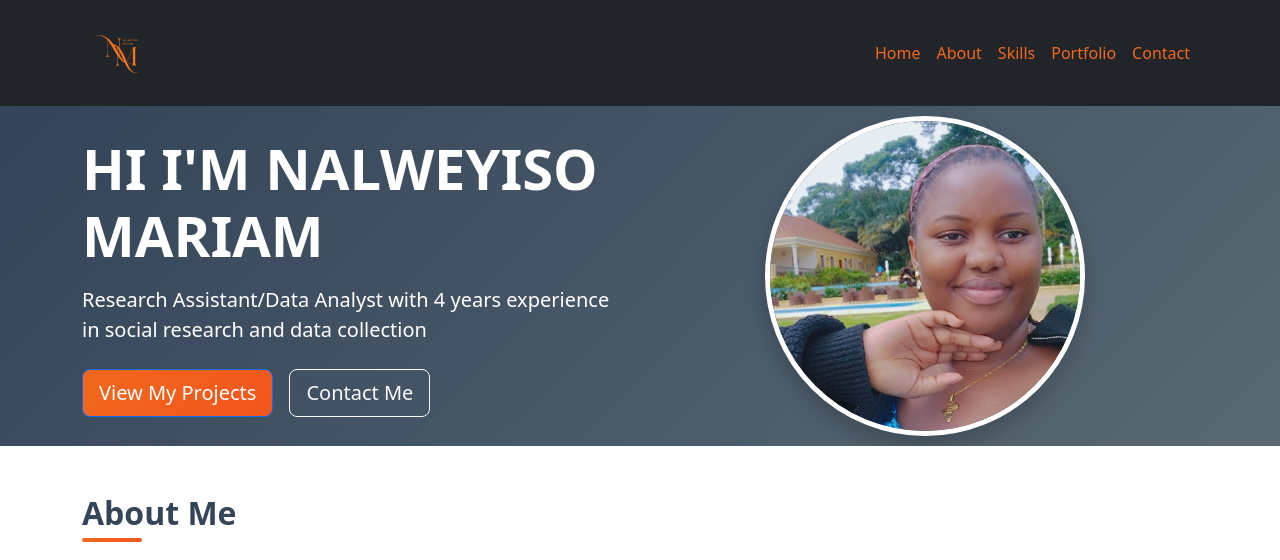
Repository: NalweMari/My-Personal-Portfolio
Page: index.html
The author's editor kept a copy of each file at every save. The page is drawn from the files as they stood at one save, then again after a run of saves.
The browser window is 1280 px wide. The pictures show the part of the page from y = 0 to 560 px (the page is 3723 px tall).
A picture or video elsewhere on the page could not be fetched, so the positions and the page height are approximate.

Above is the page before, as saved 2025-12-05 18:01:21.
Console error (its wording comes from the project's code and is left out).

After the next 2 saves:
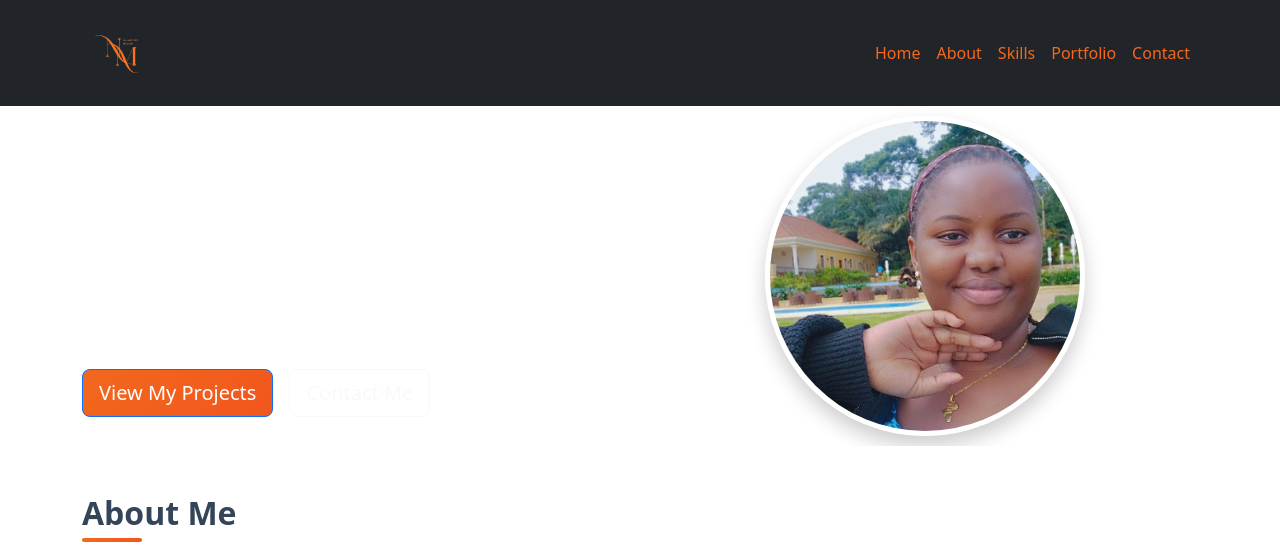
The 2 saves are shown as one change because they came seconds apart.
The last was saved 11 min 10 s later.
--- a/Style.css
+++ b/Style.css
@@ -18,7 +18,7 @@
 
         /* Hero Section */
         .hero-section {
-            background: linear-gradient(135deg, var(--primary-color), var(--secondary-color));
+            b;
             color: white;
             padding: 10px 0 10px;
             position: relative;
